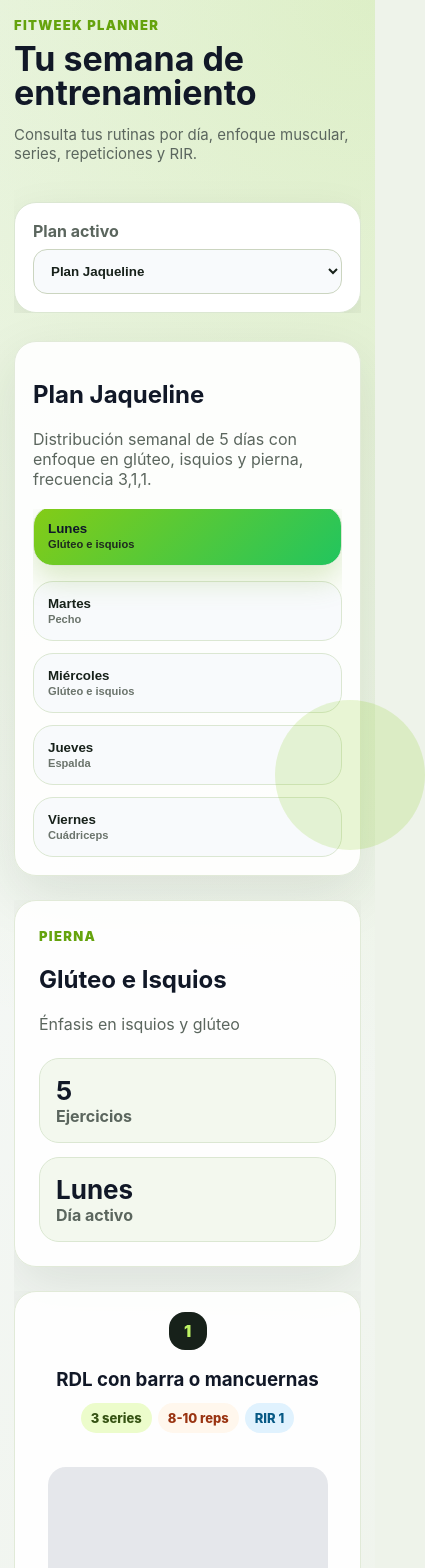
Repository: Jaqueline-CO/Fitweek-Planner
Page: /dashboard
An editor plug-in stored every save of this project. The page is shown before and after the next save, followed by the edit.
The browser window is 375 px wide. The page is 425 px wide, then 375 px, so the pictures cover 425 px, including what lies to the right of the window. The pictures show the part of the page from y = 0 to 1568 px (the page is 3846 px tall).
Pictures or frames that could not be fetched are drawn as grey boxes. The project was rebuilt for these pictures with package versions that can differ from the ones it lists, and the page was loaded fresh each time. Also part of the build but not shown: vite.config.js.

Above is the page before, as saved 2026-07-08 13:08:27.

### index.html
<!doctype html>
<html lang="en">
  <head>
    <meta charset="UTF-8" />
    <link rel="icon" type="image/svg+xml" href="/favicon.svg" />
    <meta name="viewport" content="width=device-width, initial-scale=1.0" />
    <title>rutinasgym</title>
  </head>
  <body>
    <div id="root"></div>
    <script type="module" src="/src/main.jsx"></script>
  </body>
</html>

### src/index.css
*,
*::before,
*::after {
  box-sizing: border-box;
  min-width: 0;
}

html,
body,
#root {
  width: 100%;
  max-width: 100%;
  min-height: 100vh;
  margin: 0;
  padding: 0;
  overflow-x: hidden;
}

html,
body {
  background: #eef3ea;
}

body {
  min-width: 320px;
  font-family: Inter, system-ui, sans-serif;
}

img,
video {
  max-width: 100%;
}

### src/App.jsx
import AppRoutes from "./routes/AppRoutes";

function App() {
  return <AppRoutes />;
}

export default App;

### src/routes/AppRoutes.jsx
import { BrowserRouter, Routes, Route } from "react-router-dom";
import Login from "../pages/Login";
import Dashboard from "../pages/Dashboard";

function AppRoutes() {
  return (
    <BrowserRouter>
      <Routes>
        <Route path="/" element={<Login />} />
        <Route path="/dashboard" element={<Dashboard />} />
      </Routes>
    </BrowserRouter>
  );
}

export default AppRoutes;

### src/pages/Dashboard.jsx
import { useState } from "react";
import { weeklyPlans } from "../data/weeklyPlans";
import { routines } from "../data/routines";
import "../styles/Dashboard.css";

function Dashboard() {
  const [selectedPlanId, setSelectedPlanId] = useState("jaqueline");
  const [selectedDay, setSelectedDay] = useState("Lunes");

  const selectedPlan = weeklyPlans.find((plan) => plan.id === selectedPlanId);
  const selectedPlanDay = selectedPlan.days.find((item) => item.day === selectedDay);
  const selectedRoutine = routines.find((routine) => routine.id === selectedPlanDay.routineId);

  return (
    <main className="dashboard-page">
      <section className="dashboard-hero">
        <div>
          <span className="eyebrow">FitWeek Planner</span>
          <h1>Tu semana de entrenamiento</h1>
          <p>Consulta tus rutinas por día, enfoque muscular, series, repeticiones y RIR.</p>
        </div>

        <div className="plan-selector">
          <label>Plan activo</label>
          <select
            value={selectedPlanId}
            onChange={(e) => {
              setSelectedPlanId(e.target.value);
              setSelectedDay("Lunes");
            }}
          >
            {weeklyPlans.map((plan) => (
              <option key={plan.id} value={plan.id}>
                {plan.name}
              </option>
            ))}
          </select>
        </div>
      </section>

      <section className="plan-card">
        <div>
          <h2>{selectedPlan.name}</h2>
          <p>{selectedPlan.description}</p>
        </div>

        <div className="day-tabs">
          {selectedPlan.days.map((item) => (
            <button
              key={item.day}
              className={selectedDay === item.day ? "day-tab active" : "day-tab"}
              onClick={() => setSelectedDay(item.day)}
            >
              <span>{item.day}</span>
              <small>{item.label}</small>
            </button>
          ))}
        </div>
      </section>

      <section className="routine-layout">
        <aside className="routine-summary">
          <span className="routine-category">{selectedRoutine.category}</span>
          <h2>{selectedRoutine.title}</h2>
          <p>{selectedRoutine.focus}</p>

          <div className="summary-stats">
            <div>
              <strong>{selectedRoutine.exercises.length}</strong>
              <span>Ejercicios</span>
            </div>
            <div>
              <strong>{selectedDay}</strong>
              <span>Día activo</span>
            </div>
          </div>
        </aside>

        <section className="exercise-list">
          {selectedRoutine.exercises.map((exercise, index) => (
            <article className="exercise-card" key={index}>
              <div className="exercise-number">{index + 1}</div>
              {exercise.video && (
                <div className="exercise-media">
                  <video
                    src={exercise.video}
                    autoPlay
                    muted
                    loop
                    playsInline
                  />
                </div>
              )}
              <div className="exercise-info">
                <h3>{exercise.name}</h3>

                <div className="exercise-tags">
                  <span>{exercise.sets} series</span>
                  <span>{exercise.reps} reps</span>
                  <span>RIR {exercise.rir}</span>
                </div>

                {exercise.notes && <p>{exercise.notes}</p>}
              </div>
            </article>
          ))}
        </section>
      </section>
    </main>
  );
}

export default Dashboard;

### src/data/weeklyPlans.js
export const weeklyPlans = [
  {
    id: "jaqueline",
    name: "Plan Jaqueline",
    description: "Distribución semanal de 5 días con enfoque en glúteo, isquios y pierna, frecuencia 3,1,1.",
    days: [
      { day: "Lunes", routineId: "gluteo-isquios", label: "Glúteo e isquios" },
      { day: "Martes", routineId: "pecho-a", label: "Pecho" },
      { day: "Miércoles", routineId: "gluteo-isquios", label: "Glúteo e isquios" },
      { day: "Jueves", routineId: "espalda", label: "Espalda" },
      { day: "Viernes", routineId: "cuadriceps", label: "Cuádriceps" },
    ],
  },
  {
    id: "israel",
    name: "Plan Israel",
    description: "Distribución semanal de 5 días con enfoque en Pecho, frecuencia 2,2,1.",
    days: [
      { day: "Lunes", routineId: "gluteo-isquios", label: "Glúteo e isquios" },
      { day: "Martes", routineId: "pecho-a", label: "Pecho" },
      { day: "Miércoles", routineId: "espalda", label: "Espalda" },
      { day: "Jueves", routineId: "pecho-b", label: "Pecho" },
      { day: "Viernes", routineId: "cuadriceps", label: "Cuádriceps" },
    ],
  },
];

### src/data/routines.js
export const routines = [
  {
    id: "gluteo-isquios",
    title: "Glúteo e Isquios",
    category: "Pierna",
    focus: "Énfasis en isquios y glúteo",
    exercises: [
      { name: "RDL con barra o mancuernas", sets: 3, reps: "8-10", rir: "1", video:"./videos/rdl.mp4" },
      { name: "Kickbacks en polea", sets: 3, reps: "12-15", rir: "2",video:"./videos/kickback-polea.mp4"},
      { name: "Desplante búlgaro", sets: 3, reps: "8-10", rir: "1-2", video:"./videos/bulgara.mp4" },
      { name: "Curl femoral sentado", sets: 3, reps: "10-12", rir: "1-2", video:"./videos/femoral-sentado.mp4" },
      { name: "Elevaciones de talones", sets: 3, reps: "10-12", rir: "1-2", video:"./videos/elevacion-talones.mp4" },
    ],
  },
  {
    id: "cuadriceps",
    title: "Cuádriceps",
    category: "Pierna",
    focus: "Énfasis en cuádriceps",
    exercises: [
      { name: "Sentadilla Hack", sets: 3, reps: "6-8", rir: "1", video:"./videos/sentadilla-hack.mp4" },
      { name: "Hip Thrust con barra", sets: 3, reps: "8-10", rir: "1", video:"./videos/hip-thrust.mp4" },
      { name: "Curl femoral acostado", sets: 3, reps: "10-12", rir: "1-2" , video:"./videos/curl-femoral-acostado.mp4" },
      { name: "Extensiones de cuádriceps", sets: 3, reps: "10-12", rir: "1-2", video:"./videos/extension-cuadricep.mp4" },
      { name: "Abducción en máquina", sets: 3, reps: "12-15", rir: "1-2" , video:"./videos/abduccion.mp4" },
      { name: "Adducción en máquina", sets: 3, reps: "12-15", rir: "1-2", video:"./videos/aductor.mp4" },
      { name: "Elevaciones de talones", sets: 3, reps: "10-12", rir: "1-2" , video:"./videos/elevacion-talones.mp4"},
    ],
  },
  {
    id: "pecho-a",
    title: "Pecho A",
    category: "Pecho",
    focus: "Énfasis en pectoral mayor",
    exercises: [
      { name: "Press inclinado con mancuernas", sets: 3, reps: "8-10", rir: "1-2", video:"./videos/press-inclinado-mancuerna.mp4" },
      { name: "Press plano con barra", sets: 2, reps: "6-8", rir: "0-1",video:"./videos/press-plano-barra.mp4" },
      { name: "Elevaciones laterales con mancuerna", sets: 2, reps: "12-15", rir: "2",video:"./videos/laterales-mancuerna.mp4" },
      { name: "Elevaciones en polea baja unilateral", sets: 3, reps: "12-15", rir: "2" , video:"./videos/elevaciones-polea-baja-unilateral.mp4" },
      { name: "Extensión de tríceps con cuerda", sets: 2, reps: "12-15", rir: "1-2", video:"./videos/extension-tricep.mp4" },
    ],
  },
  {
    id: "pecho-b",
    title: "Pecho B",
    category: "Pecho",
    focus: "Deltoide anterior, lateral y tríceps",
    exercises: [
      { name: "Press militar con mancuernas", sets: 3, reps: "8-10", rir: "1", video:"./videos/press-militar-mancuernas.mp4" },
      { name: "Press plano con barra o máquina", sets: 2, reps: "6-8", rir: "1", video:"./videos/press-plano-barra.mp4"},
      { name: "Cruce en poleas baja", sets: 2, reps: "12-15", rir: "2" , video:"./videos/cruce-poleas.mp4"},
      { name: "Elevaciones laterales con mancuernas", sets: 2, reps: "15-20", rir: "2",video:"./videos/laterales-mancuerna.mp4"},
      { name: "Extensión de tríceps overhead con cuerda", sets: 2, reps: "12-15", rir: "1-2", video:"./videos/triceps-overhead.mp4" },
      { name: "Push down con cuerda", sets: 2, reps: "10-12", rir: "1-2",video:"./videos/pushdown-cuerda.mp4" },
    ],
  },
  {
    id: "espalda",
    title: "Espalda",
    category: "Espalda",
    focus: "Dorsales - Amplitud, fuerza de tracción y foco lat",
    exercises: [
      { name: "Jalón al pecho con agarre neutro", sets: 4, reps: "8-10", rir: "-",video:"./videos/jalon-pecho-neutro.mp4", notes: "Máxima activación del dorsal ancho. Tensión mecánica alta." },
      { name: "Remo en maquina unilateral", sets: 4, reps: "8-10", rir: "-",video:"./videos/remo-unilateral.mp4", notes: "Segunda línea de tracción horizontal. Enfocado en upper back general." },
      { name: "Pull-over con cuerda en polea alta", sets: 3, reps: "12-15", rir: "-",video:"./videos/pull-over.mp4", notes: "Aislamiento del dorsal, sin intervención del bíceps." },
      { name: "Curl de bíceps en maquina", sets: 3, reps: "10-12", rir: "-",video:"./videos/curl-biceps.mp4", notes: "Foco total en bíceps braquial con gran estiramiento." },
    ],
  },
];

### src/styles/Dashboard.css
.dashboard-page {
  width: 100%;
  max-width: 100vw;
  min-height: 100vh;
  padding: 32px;
  overflow-x: hidden;
  color: #17211a;
  background:
    radial-gradient(circle at top right, rgba(132, 204, 22, 0.22), transparent 28%),
    linear-gradient(135deg, #f8fafc, #eef3ea 55%, #f7f7ef);
  font-family: Inter, system-ui, sans-serif;
}

.dashboard-hero {
  display: flex;
  justify-content: space-between;
  gap: 24px;
  align-items: center;
  margin-bottom: 28px;
}

.eyebrow,
.routine-category {
  color: #65a30d;
  font-weight: 900;
  letter-spacing: 0.1em;
  text-transform: uppercase;
  font-size: 13px;
}

.dashboard-hero h1 {
  font-size: clamp(34px, 5vw, 58px);
  margin: 8px 0;
  color: #111827;
  line-height: 1;
}

.dashboard-hero p,
.plan-card p,
.routine-summary p,
.exercise-info p {
  color: #5b665e;
}

.plan-selector {
  background: #ffffff;
  border: 1px solid #dbe7d2;
  padding: 18px;
  border-radius: 22px;
  min-width: 250px;
  box-shadow: 0 18px 45px rgba(32, 51, 34, 0.1);
}

.plan-selector label {
  display: block;
  margin-bottom: 8px;
  color: #5b665e;
  font-weight: 700;
}

.plan-selector select {
  width: 100%;
  padding: 13px;
  border-radius: 14px;
  border: 1px solid #cbd5c0;
  outline: none;
  font-weight: 800;
  color: #17211a;
  background: #f8fafc;
}

.plan-card,
.routine-summary,
.exercise-card {
  background: rgba(255, 255, 255, 0.92);
  border: 1px solid #e1ead8;
  box-shadow: 0 20px 55px rgba(32, 51, 34, 0.1);
}

.plan-card {
  border-radius: 30px;
  padding: 24px;
  margin-bottom: 24px;
}

.plan-card h2,
.routine-summary h2,
.exercise-info h3 {
  color: #111827;
}

.day-tabs {
  display: grid;
  grid-template-columns: repeat(5, 1fr);
  gap: 12px;
  margin-top: 20px;
}

.day-tab {
  border: 1px solid #dbe7d2;
  border-radius: 20px;
  padding: 16px;
  cursor: pointer;
  background: #f8fafc;
  color: #17211a;
  text-align: left;
  transition: 0.2s ease;
}

.day-tab span {
  display: block;
  font-weight: 900;
}

.day-tab small {
  color: #6b746c;
  font-weight: 600;
}

.day-tab.active,
.day-tab:hover {
  background: linear-gradient(135deg, #84cc16, #22c55e);
  color: #0f172a;
  transform: translateY(-3px);
  box-shadow: 0 14px 30px rgba(101, 163, 13, 0.22);
}

.day-tab.active small,
.day-tab:hover small {
  color: #1f2a1f;
}

.routine-layout {
  display: grid;
  grid-template-columns: 340px 1fr;
  gap: 24px;
}

.routine-summary {
  border-radius: 30px;
  padding: 24px;
  height: fit-content;
  position: relative;
  overflow: hidden;
}

.routine-summary::after {
    content: "";
    position: absolute;
    width: 150px;
    height: 150px;
    right: -50px;
    bottom: -50px;
    background: rgba(132,204,22,.18);
    border-radius:50%;
}

.summary-stats {
  display: grid;
  grid-template-columns: 1fr;
  gap: 14px;
  margin-top: 24px;
  position: relative;
  z-index: 1;
}

.summary-stats div {
  background: #f3f8ee;
  border: 1px solid #dbe7d2;
  border-radius: 20px;
  padding: 16px;
}

.summary-stats strong {
  display: block;
  font-size: 26px;
  color: #111827;
}

.summary-stats span {
  color: #5b665e;
  font-weight: 700;
}

.exercise-list {
  display: grid;
  gap: 14px;
}

.exercise-card {
  display: flex;
  gap: 18px;
  align-items: flex-start;
  border-radius: 24px;
  padding: 20px;
  transition: 0.2s ease;
}

.exercise-card:hover {
  transform: translateY(-2px);
  box-shadow: 0 22px 60px rgba(32, 51, 34, 0.14);
}

.exercise-number {
  width: 44px;
  height: 44px;
  border-radius: 16px;
  display: grid;
  place-items: center;
  font-weight: 900;
  background: #17211a;
  color: #bef264;
  flex-shrink: 0;
}

.exercise-media {
  width: 180px;
  height: 210px;
  border-radius: 18px;
  overflow: hidden;
  background: #e5e7eb;
  flex-shrink: 0;
}

.exercise-media video {
  width: 100%;
  height: 100%;
  object-fit: cover;
  display: block;
}

.exercise-info h3 {
  margin: 0 0 12px;
}

.exercise-tags {
  display: flex;
  flex-wrap: wrap;
  gap: 8px;
}

.exercise-tags span {
  padding: 8px 12px;
  border-radius: 999px;
  background: #ecfccb;
  color: #365314;
  font-size: 14px;
  font-weight: 800;
}

.exercise-tags span:nth-child(2) {
  background: #fff7ed;
  color: #9a3412;
}

.exercise-tags span:nth-child(3) {
  background: #e0f2fe;
  color: #075985;
}

@media (max-width: 1100px) {
  .routine-layout {
    grid-template-columns: 300px 1fr;
  }

  .dashboard-hero h1 {
    font-size: 42px;
  }
}

@media (max-width: 900px) {
  .dashboard-page {
    padding: 24px;
  }

  .dashboard-hero {
    display: grid;
    grid-template-columns: 1fr;
  }

  .plan-selector {
    width: 100%;
    min-width: 0;
  }

  .day-tabs {
    grid-template-columns: repeat(2, 1fr);
  }

  .routine-layout {
    grid-template-columns: 1fr;
  }

  .routine-summary {
    position: static;
  }
}

@media (max-width: 600px) {
  .dashboard-page {
  width: 100%;
  max-width: 100vw;
  padding: 14px;
  overflow-x: hidden;
}

.dashboard-hero,
.plan-card,
.routine-layout,
.routine-summary,
.exercise-list,
.exercise-card,
.day-tabs,
.day-tab {
  width: 100%;
  max-width: 100%;
  overflow-x: hidden;
}

  .dashboard-hero,
  .plan-card,
  .routine-layout,
  .routine-summary,
  .exercise-list,
  .exercise-card {
    width: 100%;
    max-width: 100%;
  }

  .dashboard-hero h1 {
    font-size: 34px;
  }

  .dashboard-hero p {
    font-size: 15px;
  }

  .plan-selector {
    width: 100%;
    max-width: 100%;
    min-width: 0;
  }

  .plan-card,
  .routine-summary,
  .exercise-card {
    border-radius: 22px;
  }

  .plan-card {
    padding: 18px;
  }

  .day-tabs {
    grid-template-columns: 1fr;
  }

  .day-tab {
    padding: 14px;
  }

  .exercise-card {
    flex-direction: column;
    align-items: center;
    text-align: center;
  }

  .exercise-number {
    width: 38px;
    height: 38px;
    order: 1;
  }

  .exercise-info {
    order: 2;
  }

  .exercise-tags {
    justify-content: center;
    gap: 6px;
  }

  .exercise-tags span {
    font-size: 13px;
    padding: 7px 10px;
  }

  .exercise-media {
    order: 3;
    width: 100%;
    max-width: 280px;
    height: 300px;
    margin-top: 16px;
  }
}

Loaded but not shown: src/main.jsx (common file); src/pages/Login.jsx (no stored copy; drawn as an empty file)

After the next save:
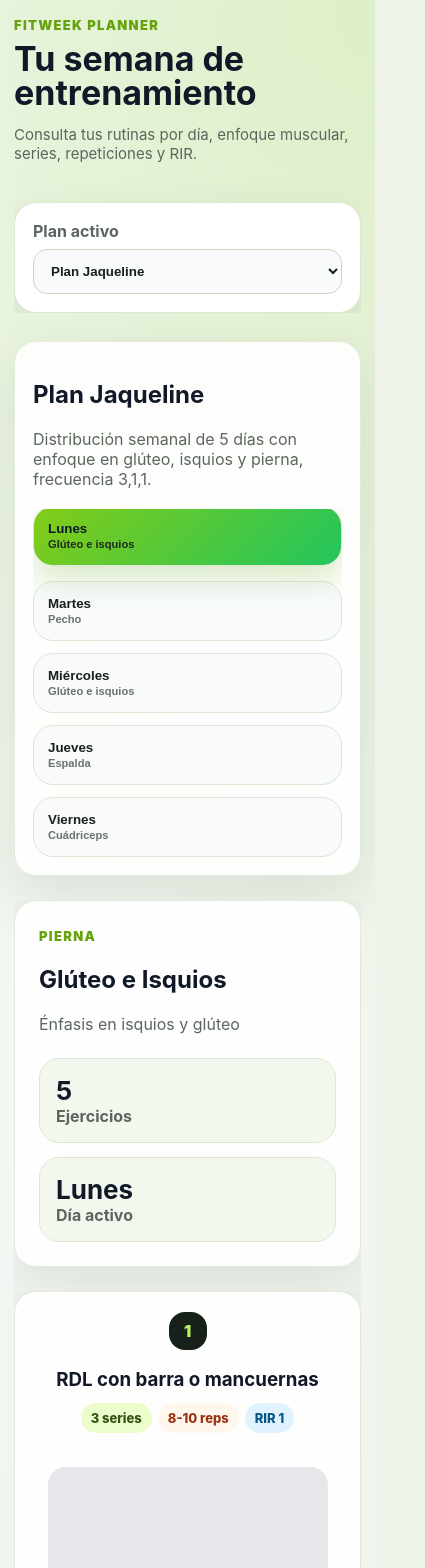
Saved 119 s later.
--- a/src/styles/Dashboard.css
+++ b/src/styles/Dashboard.css
@@ -392,4 +392,9 @@
     height: 300px;
     margin-top: 16px;
   }
-}
+
+  .routine-summary::after {
+    display: none;
+  }
+
+}
